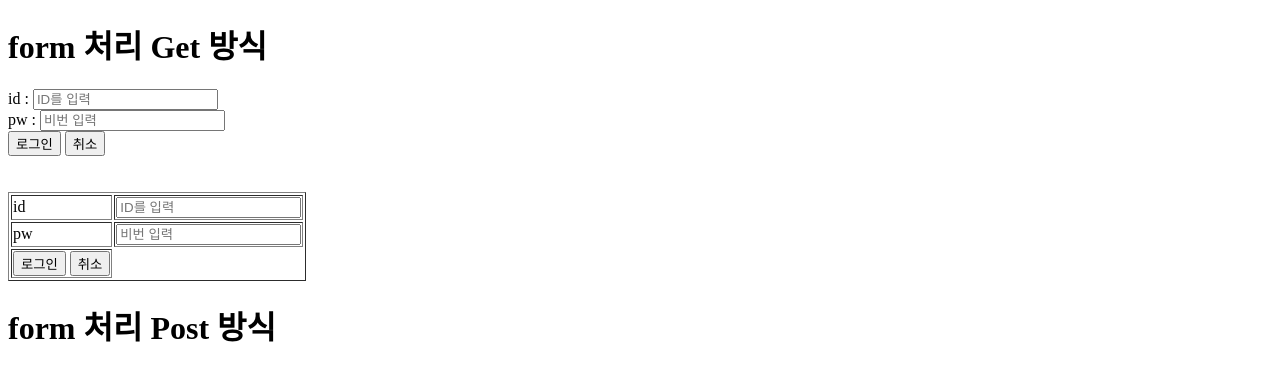
Repository: ssleap/multicampusIoT
Page: workspace190520/edu1/WebContent/login.html
The author's editor kept a copy of each file at every save. The page is drawn from the files as they stood at one save, then again after the next save.
The browser window is 1280 px wide. The pictures show the whole page.

Above is the page before, as saved 2019-05-22 01:46:25.

### workspace190520/edu1/WebContent/login.html
<!DOCTYPE html>
<html>
<head>
<meta charset="UTF-8">
<meta name = "viewport" content ="width=device-width, initial-scale=1">
<title>Insert title here</title>
</head>
<body>


	<h1> form 처리 Get 방식</h1>

	<form action="process.html" method ="get">

		id : <input
		type = "text"
		name = "id"
		value = ""
		placeholder = "ID를 입력">
		<br>

		pw : <input
		type = "text"
		name = "password"
		value = ""
		placeholder = "비번 입력"><br>

		<input
		type = "submit"
		value = "로그인">
		<input
		type = "reset"
		value = "취소">
	</form>

	<br><br>

	<table border = "1">

		<tr> <td>id</td> <td><input
			type = "text"
			name = "id"
			value = ""
			placeholder = "ID를 입력"></td> </tr>
		<tr> <td>pw</td> <td><input
			type = "text"
			name = "password"
			value = ""
			placeholder = "비번 입력"></td> </tr>
		<tr colspan = "2" align = "center">
			<td>
				<input
				type = "submit"
				value = "로그인">
				<input
				type = "reset"
				value = "취소">
			</td>
		</tr>


	</table>

	<h1> form 처리 Post 방식</h1>


</body>
</html>

After the next save:
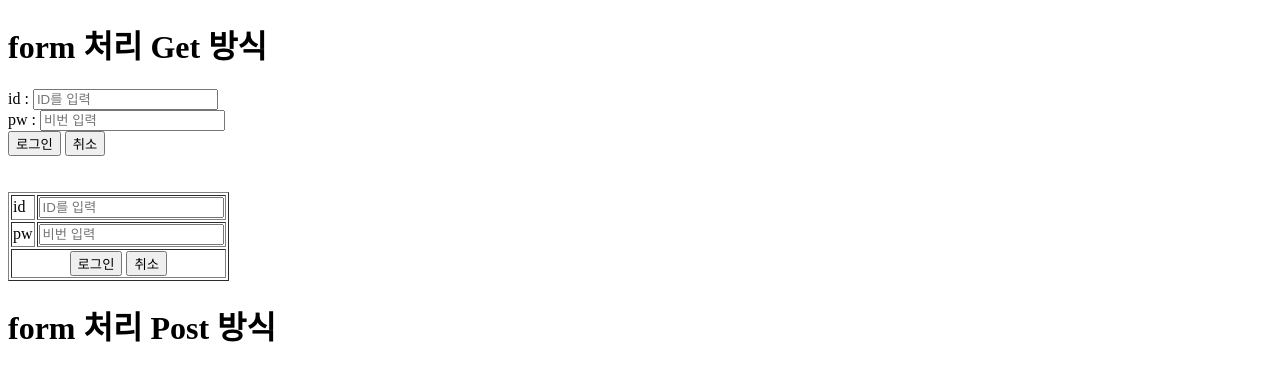
Saved 47 s later.
--- a/workspace190520/edu1/WebContent/login.html
+++ b/workspace190520/edu1/WebContent/login.html
@@ -47,8 +47,8 @@
 			name = "password"
 			value = ""
 			placeholder = "비번 입력"></td> </tr>
-		<tr colspan = "2" align = "center">
-			<td>
+		<tr>
+			<td colspan = "2" align = "center">
 				<input
 				type = "submit"
 				value = "로그인">
